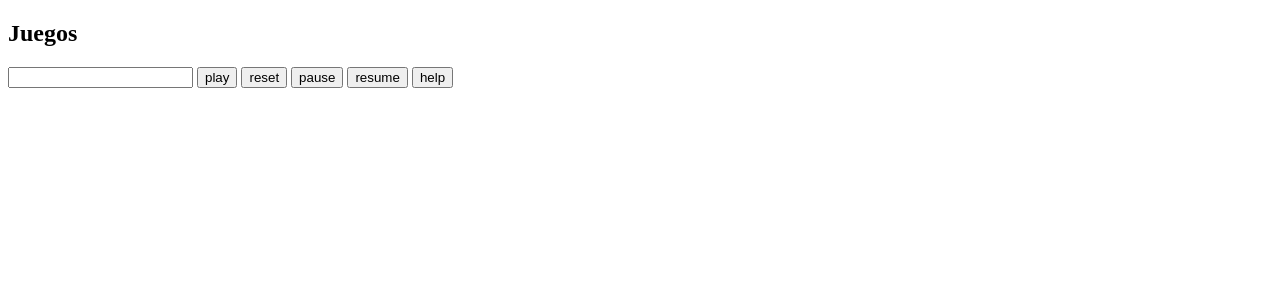
Repository: jaimedelgado/Formacion-JAVA
Page: http://localhost/JuegosJ2EE/consola.jsp
These files come from the project's save history. The page is drawn as it stood at one moment and after the next save; the edit follows.
The browser window is 1280 px wide. The pictures show the whole page.
The page is served by Tomcat 9. Other server files are loaded and not shown.

Above is the page before, as saved 2015-10-27 09:28:23.

### JuegosJ2EE/webapp/consola.jsp
<%@ page language="java" contentType="text/html; charset=ISO-8859-1"
    pageEncoding="ISO-8859-1"%>
<!DOCTYPE html>
<html>
<head>
	<meta charset="UTF-8">
	<title>Juegos</title>
</head>
<body>
	<h2>Juegos</h2>
	<form action="SvControladorJuego">
		<input type="text" name="jugada"/>
		<input type="submit" name="boton" value="play"/>
		<input type="submit" name="boton" value="reset"/>
		<input type="submit" name="boton" value="pause"/>
		<input type="submit" name="boton" value="resume"/>
		<input type="submit" name="boton" value="help"/>
	</form>
</body>
</html>

After the next save:
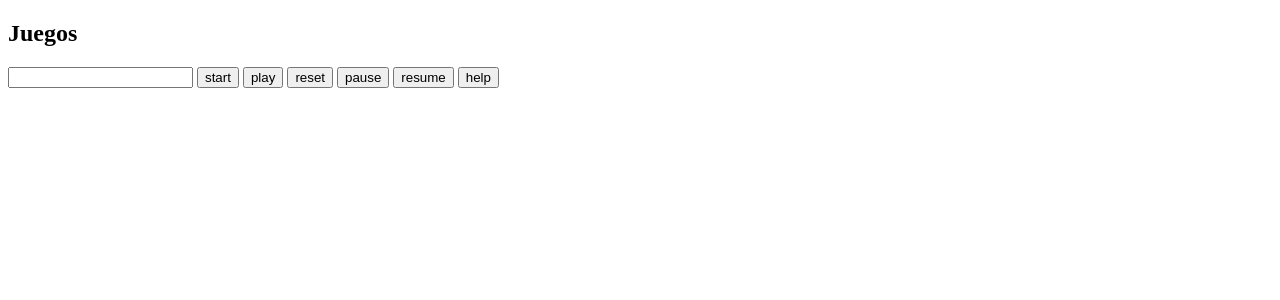
Saved 65 s later.
--- a/JuegosJ2EE/webapp/consola.jsp
+++ b/JuegosJ2EE/webapp/consola.jsp
@@ -10,6 +10,7 @@
 	<h2>Juegos</h2>
 	<form action="SvControladorJuego">
 		<input type="text" name="jugada"/>
+		<input type="submit" name="boton" value="start"/>
 		<input type="submit" name="boton" value="play"/>
 		<input type="submit" name="boton" value="reset"/>
 		<input type="submit" name="boton" value="pause"/>
